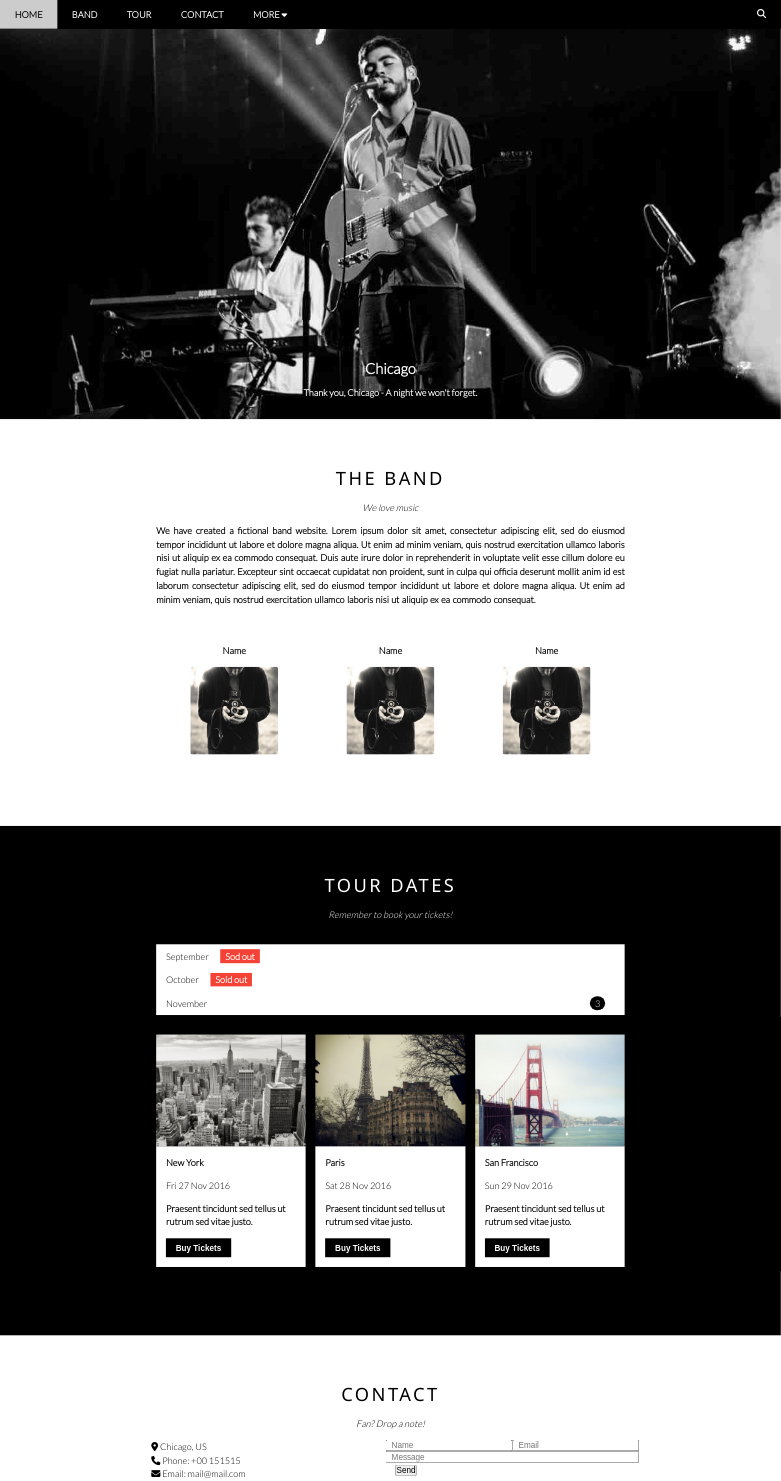
Repository: vanmanhAI/project-03-w3
Page: index.html
These files come from the project's save history. The page is drawn as it stood at one moment and after a run of saves; the edit follows.
The browser window is 1280 px wide. The pictures show the whole page, at 61% of full size.
Some web libraries are served in a nearby version.

Above is the page before, as saved 2022-07-13 10:45:02.

### index.html
<!DOCTYPE html>
<html lang="en">
<head>
    <meta charset="UTF-8">
    <meta http-equiv="X-UA-Compatible" content="IE=edge">
    <meta name="viewport" content="width=device-width, initial-scale=1.0">
    <title>Document</title>
    <link rel="stylesheet" href="./assets/css/style.css">
    <!-- icons -->
    <link rel="stylesheet" href="https://cdnjs.cloudflare.com/ajax/libs/font-awesome/6.1.1/css/all.min.css" integrity="sha512-KfkfwYDsLkIlwQp6LFnl8zNdLGxu9YAA1QvwINks4PhcElQSvqcyVLLD9aMhXd13uQjoXtEKNosOWaZqXgel0g==" crossorigin="anonymous" referrerpolicy="no-referrer" />
    <!-- font -->
    <link rel="preconnect" href="https://fonts.googleapis.com">
<link rel="preconnect" href="https://fonts.gstatic.com" crossorigin>
<link href="https://fonts.googleapis.com/css2?family=Lato:wght@300&display=swap" rel="stylesheet">
</head>
<body>
    <div id="main">
        <div id="header">
            <ul id="nav">
                <li><a href="#">home</a></li>
                <li><a href="#content-band">band</a></li>
                <li><a href="#content-tour">tour</a></li>
                <li><a href="#">contact</a></li>
                <li>
                    <a href="#">
                        more
                        <i class="fa-solid fa-caret-down subnav-caret"></i>
                    </a>
                    <ul class="subnav">
                        <li><a href="#">merchandise</a></li>
                        <li><a href="#">extras</a></li>
                        <li><a href="#">media</a></li>
                    </ul>
                </li>
            </ul>
            <i class="fa-solid fa-magnifying-glass header-search"></i>
        </div>

        <div id="slider">
            <div class="slider-desc">
                <h3 class="slider-name">chicago</h3>
                <b class="slider-content">Thank you, Chicago - A night we won't forget.</b>
            </div>
        </div>

        <div id="content">
            <div class="content-section" id="content-band">
                <h3 class="section-heading" >the band</h3>
                <p class="section-sub-heading">We love music</p>
                <p class="about">We have created a fictional band website. Lorem ipsum dolor sit amet, consectetur adipiscing elit, sed do eiusmod tempor incididunt ut labore et dolore magna aliqua. Ut enim ad minim veniam, quis nostrud exercitation ullamco laboris nisi ut aliquip ex ea commodo consequat. Duis aute irure dolor in reprehenderit in voluptate velit esse cillum dolore eu fugiat nulla pariatur. Excepteur sint occaecat cupidatat non proident, sunt in culpa qui officia deserunt mollit anim id est laborum consectetur adipiscing elit, sed do eiusmod tempor incididunt ut labore et dolore magna aliqua. Ut enim ad minim veniam, quis nostrud exercitation ullamco laboris nisi ut aliquip ex ea commodo consequat.</p>
                <div class="members-list text-center">
                    <div class="col col-third">
                        <p class="member-name">name</p>
                        <img src="./assets/img/Band/member1.jpg" alt="name" class="member-img">
                    </div>
                    <div class="col col-third">
                        <p class="member-name">name</p>
                        <img src="./assets/img/Band/member1.jpg" alt="name" class="member-img">
                    </div>
                    <div class="col col-third">
                        <p class="member-name">name</p>
                        <img src="./assets/img/Band/member1.jpg" alt="name" class="member-img">
                    </div>
                </div>
            </div>
            <div class="tour-section">
                <div class="content-section" id="content-tour">
                    <h3 class="section-heading text-white">tour dates</h3>
                    <p class="section-sub-heading text-white">Remember to book your tickets!</p>
                    <br>
                    <ul class="tickets-list">
                        <li>September <span class="sold-out">Sod out</span></li>
                        <li>October <span class="sold-out">Sold out</span></li>
                        <li>November <span class="quantity">3</span></li>
                    </ul>
                    <div class="places-list row">
                        <div class="col-third col">
                            <img src="./assets/img/Places/newyork.jpg" alt="New York" class="place-img">
                            <div class="place-body">
                                <h4 class="place-heading">new york</h4>
                                <p class="place-time">Fri 27 Nov 2016</p>
                                <p class="place-desc">Praesent tincidunt sed tellus ut rutrum sed vitae justo.</p>
                                <button class="place-buy-btn js-buy-ticket">Buy Tickets</button>
                            </div>
                        </div>
                        <div class="col-third col">
                            <img src="./assets/img/Places/paris.jpg" alt="Paris" class="place-img">
                            <div class="place-body">
                                <h4 class="place-heading">paris</h4>
                                <p class="place-time">Sat 28 Nov 2016</p>
                                <p class="place-desc">Praesent tincidunt sed tellus ut rutrum sed vitae justo.</p>
                                <button class="place-buy-btn js-buy-ticket">Buy Tickets</button>
                            </div>
                        </div>
                        <div class="col-third col">
                            <img src="./assets/img/Places/sanfran.jpg" alt="San Francisco" class="place-img">
                            <div class="place-body">
                                <h4 class="place-heading">san francisco</h4>
                                <p class="place-time">Sun 29 Nov 2016</p>
                                <p class="place-desc">Praesent tincidunt sed tellus ut rutrum sed vitae justo.</p>
                                <button class="place-buy-btn js-buy-ticket">Buy Tickets</button>
                            </div>
                        </div>
                    </div>
                </div>
            </div>
            <div class="content-section">
                <h3 class="section-heading">contact</h3>
                <p class="section-sub-heading">Fan? Drop a note!</p>
                <div class="row contact-content">
                    <div class="col col-half">
                        <p>
                            <i class="fa-solid fa-location-dot"></i>
                            Chicago, US
                        </p>
                        <p>
                            <i class="fa-solid fa-phone"></i>
                            Phone: +00 151515
                        </p>
                        <p>
                            <i class="fa-solid fa-envelope"></i>
                            Email: mail@mail.com
                        </p>
                    </div>
                    <div class="col col-half">
                        <form action="">
                            <div class="row">
                                <input type="text" name="" id="" class="form-control col col-half" placeholder="Name">
                                <input type="email" name="" id="" class="form-control col col-half" placeholder="Email">
                            </div>
                            <div class="row">
                                <input type="email" name="" id="" class="form-control col col-full" placeholder="Message">
                            </div>
                            <input type="submit" value="Send">
                        </form>
                    </div>
                </div>
            </div>
        </div>
        <div id="footer"></div>
    </div>
    <div class="modal js-modal">
        <div class="modal-container js-modal-container">
            <div class="modal-header">
                <button class="modal-close js-modal-close">✕</button>
                <h3 class="modal-heading">
                    <i class="fa-solid fa-suitcase modal-bag"></i>
                    Tickets
                </h3>
            </div>
            <div class="modal-body">
                <label for="ticket-quantity" class="modal-label">
                    <i class="fa-solid fa-cart-shopping modal-shopping"></i>
                    Tickets, $15 per person
                </label>
                <input type="text" name="" id="ticket-quantity" placeholder="How many?" class="modal-input">
                <label for="ticket-email" class="modal-label">
                    <i class="fa-solid fa-user modal-user"></i>
                    Send To
                </label>
                <input type="text" name="" id="ticket-email" placeholder="Enter email" class="modal-input">
                <button class="modal-btn-pay">
                    PAY
                    <i class="fa-solid fa-check modal-check"></i>
                </button>
                <button class="modal-btn-close js-modal-close">
                    Close
                    <i class="fa-solid fa-xmark modal-xmark"></i>
                </button>
                <p class="modal-assit">
                    Need
                    <a href="#" class="modal-help">help?</a>
                </p>
            </div>
        </div>
    </div>
    <script>
        const buyBtns = document.querySelectorAll('.js-buy-ticket')
        const modal = document.querySelector('.js-modal')
        const modalCloses = document.querySelectorAll('.js-modal-close')
        const modalContainer = document.querySelector('.js-modal-container')
        modal.addEventListener('click', closeModal)
        modalContainer.addEventListener('click', function (event) {
            event.stopPropagation()
        })
        function closeModal() {
            modal.classList.remove('open')
        }
        function showBuyTicKets() {
            modal.classList.add('open')
        }
        for(const modalClose of modalCloses) {
            modalClose.addEventListener('click', closeModal)
        }
        for(const buyBtn of buyBtns) {
            buyBtn.addEventListener('click',  showBuyTicKets)
        }
    </script>
</body>
</html>

### assets/css/style.css
* {
    padding: 0;
    margin: 0;
    box-sizing: border-box;
}
html {
    font-size: 62.5%;
}
:root {
    --lineheight-nav: 2.25rem;
    --padding-nav: 1.2rem;
}
/* common */
.text-white {
    color: #fff ! important;
}
.text-center {
    text-align: center ! important;
}
.row {
    margin-left: -1.6rem;
    margin-right: -1.6rem;
}
.col {
    float: left;
    padding-left: 0.8rem;
    padding-right: 0.8rem;
}
.col-full {
    width: 100%;
}
.col-half {
    width: 50%;
}
.col-third {
    width: calc(100%/3);
}
/* main */
#main {

}
#header {
    position: fixed;
    z-index: 1;
    top: 0;
    left: 0;
    right: 0;
    background: #000;
    font-size: 1.5rem;
    font-family: 'Lato', sans-serif;
    font-weight: bold;
    line-height: var(--lineheight-nav);
}
#header:after {
    content: "";
    display: block;
    clear: both;
}
#header .header-search {
    color: #fff;
    display: block;
    float: right;
    padding: var(--padding-nav) 2.4rem;
    line-height: var(--lineheight-nav);
    cursor: pointer;
}
#header .header-search:hover {
    background: #f44336
}
#header #nav>li {
    position: relative;
    text-align: center;
    cursor: pointer;
    float: left;
}
#header #nav>li>a {
    display: block;
    padding: var(--padding-nav) 2.4rem;
}
#header #nav>li:last-child:hover .subnav {
    width: 16rem;
}
#header #nav li:hover {
    background: #ccc;
}
#header #nav>li:hover>a {
    color: #000;
}
#nav li {
    list-style-type: none;
    position: relative;
}
#nav li .subnav-caret {
    text-transform: none;
    text-align: center;
}
#nav li a {
    color: #fff;
    text-decoration: none;
    text-transform: uppercase;
}
#nav .subnav {
    position: absolute;
    width: 0;
    overflow: hidden;
    top: 100%;
    left: 0;
    background: #fff;
    color: #000;
    box-shadow: 0 0 4px 0 #ccc;
    transition: width 0.3s linear;
}
#nav .subnav li {
    padding: 0.8rem 1.6rem;
    text-align: left;
    min-width: 16rem;
}
#nav .subnav li a {
    color: #000;
    text-transform: capitalize;
}
#slider {
    position: relative;
    margin-top: calc(var(--lineheight-nav) + 2*var(--padding-nav));
    background: #ccc;
    padding-top: 50%;
    max-height: 100vh;
    background: url('/assets/img/sliders/chicago.jpg') top/cover no-repeat
}
.slider-desc{
    position: absolute;
    bottom: 0;
    left: 50%;
    transform: translatex(-50%);
    color: #fff;
    padding: 3.2rem 1.6rem;
    text-align: center;
    font-size: 1.5rem;
    font-family: 'Lato', sans-serif;

}
.slider-name{
    text-transform: capitalize;
    font-size: 2.4rem;
    line-height: 3.6rem;
    margin: 1rem 0;
}
.slider-content{
    line-height: 1.5;
    font-size: 1.5rem;
}
#content {
    line-height: 1.5;
}
#content .content-section {
    max-width: 80rem;
    margin: 0 auto;
    padding: 6.4rem 1.6rem;
    font-size: 1.5rem;
    font-family: 'Lato', sans-serif;
}
#content .section-heading {
    font-size: 3rem;
    text-transform: uppercase;
    line-height: 4.5rem;
    margin: 1rem 0;
    text-align: center;
    letter-spacing: 0.4rem;
    font-family: "Segoe UI",Arial,sans-serif;
    font-weight: 400;
}
#content .section-sub-heading {
    text-align: center;
    font-style: italic;
    font-weight: 100;
    margin: 1.5rem 0;
}
#content .content-section .about {
    text-align: justify;
    font-weight: bold;
    margin: 1.5rem 0;
    word-spacing: 0.1rem;
}
#content .members-list {
    padding: 3.2rem 0;
}
#content .members-list:after {
    content: "";
    display: block;
    clear: both;
}
#content .members-list .member-name {
    margin: 1.5rem 0;
    text-transform: capitalize;
    font-weight: bold;
}
#content .members-list .member-img{
    width: 60%;
    border-radius: 0.4rem;
    margin: 0 0 1.6rem;
}
#content .tour-section {
    background: #000;
}
#content .tour-section .tickets-list {
    background: #fff;
    list-style-type: none;
}
#content .tickets-list li {
    padding: 0.8rem 1.6rem;
}
#content .tickets-list .sold-out {
    display: inline-block;
    padding: 0 0.8rem;
    color: #fff;
    background: #f44336;
    margin-left: 1.6rem;
    text-align: center;
    font-weight: bold;
}
#content .tickets-list .quantity {
    display: block;
    padding: 0 0.8rem;
    background: #000;
    color: #fff;
    border-radius: 50%;
    float: right;
    margin-right: 1.6rem;
}
#content .places-list {
    padding: 3.2rem 0.8rem 4.8rem;
}
#content .places-list:after {
    content: "";
    display: block;
    clear: both;
}
#content .places-list .place-img {
    width: 100%;
    vertical-align: middle;
}
#content .places-list .place-img:hover {
    opacity: 0.6;
}
#content .places-list .place-body{
    background: #fff;
    padding: 0.015rem 1.6rem;
}
#content .places-list .place-heading{
    margin: 1.5rem 0;
    text-transform: capitalize;
    font-weight: 700;
}
#content .places-list .place-time{
    margin: 1.5rem 0;
}
#content .places-list .place-desc{
    margin: 1.5rem 0;
    font-weight: bold;
}
#content .places-list .place-buy-btn{
    display: inline-block;
    padding: 0.8rem 1.6rem;
    border: none;
    background: #000;
    color: #fff;
    margin-bottom: 1.6rem;
    font-weight: bold;
}
#content .places-list .place-buy-btn:hover {
    background: #ccc;
    color: #000;
}
.modal {
    display: none;
    position: fixed;
    z-index: 3;
    top: 0;
    left: 0;
    right: 0;
    bottom: 0;
    background: rgba(0, 0, 0, 0.4);
    font-size: 1.5rem;
    font-family: "Segoe UI",Arial,sans-serif;
    line-height: 2.25rem;
    padding: 100px 16px;
}
.modal.open {
    display: block;
}
.modal .modal-container {
    position: relative;
    z-index: 2;
    box-shadow: 0 4px 10px rgba(0, 0, 0, 0.4);
    max-width: 900px;
    margin: auto;
}
.modal.open .modal-container {
    animation:  modalFadeIn 0.5s ease;
}
.modal .modal-container .modal-header {
    position: relative;
    color: #fff;
    background: #009688;
    text-align: center;
    padding: 3.2rem 1.6rem;
}
.modal .modal-header .modal-close {
    position: absolute;
    top: 0;
    right: 0;
    line-height: 3.6rem;
    padding: 0.8rem 1.6rem;
    font-size: 1.5rem;
    border: none;
    background: transparent;
}
.modal .modal-header .modal-close:hover {
    background: #ccc;
    color: #000;
}
.modal .modal-header .modal-heading {
    font-weight: 400;
    font-size: 3rem;
    line-height: 4.5rem;
    margin: 1rem 0;
    letter-spacing: 0.4rem;
}
.modal .modal-header .modal-bag{
    font-size: 2.7rem;
}
.modal .modal-container .modal-body {
    padding: 0.015rem 1.6rem;
    background: #fff;
}
.modal-container .modal-body:after {
    content: "";
    display: block;
    clear: both;
}
.modal .modal-body .modal-label {
    display: block;
    margin: 1.5rem 0;
}
.modal .modal-body .modal-input {
    display: block;
    width: 100%;
    border: 1px solid #ccc;
    padding: 8px;
    font-family: "Segoe UI",Arial,sans-serif;
    font-size: 1.5rem;
    line-height: 2.25rem;
}
.modal .modal-container .modal-btn-pay {
    display: block;
    width: 100%;
    border: none;
    margin: 1.6rem 0;
    padding: 1.6rem;
    background: #009688;
    color: #fff;
    text-align: center;
}
.modal .modal-container .modal-btn-pay:hover {
    background: #ccc;
    color: #000;
}
.modal .modal-container .modal-btn-close {
    border: none;
    margin: 1.6rem 0;
    padding: 0.8rem 1.6rem;
    float: left;
    background: #f44336;
    color: #fff;
    font-weight: bold;
    font-family: "Segoe UI",Arial,sans-serif;
    font-size: 1.5rem;
    line-height: 2.25rem;
}
.modal-container .modal-btn-close:hover {
    background: #ccc;
    color: #000;
}
.modal .modal-container .modal-assit {
    float: right;
    margin: 1.5rem 0;
}
.modal-container .modal-assit .modal-help {
    color: #2196f3;
    font-family: "Segoe UI",Arial,sans-serif;
}
@keyframes modalFadeIn {
    from {
        transform: translateY(-125%);
        opacity: 0;
    }
    to {
        transform: translateY(0);
        opacity: 1;
    }
}
/* Contact form */
.contact-content {
    padding: 3.2
}
.footer {

}

After the next 5 saves:
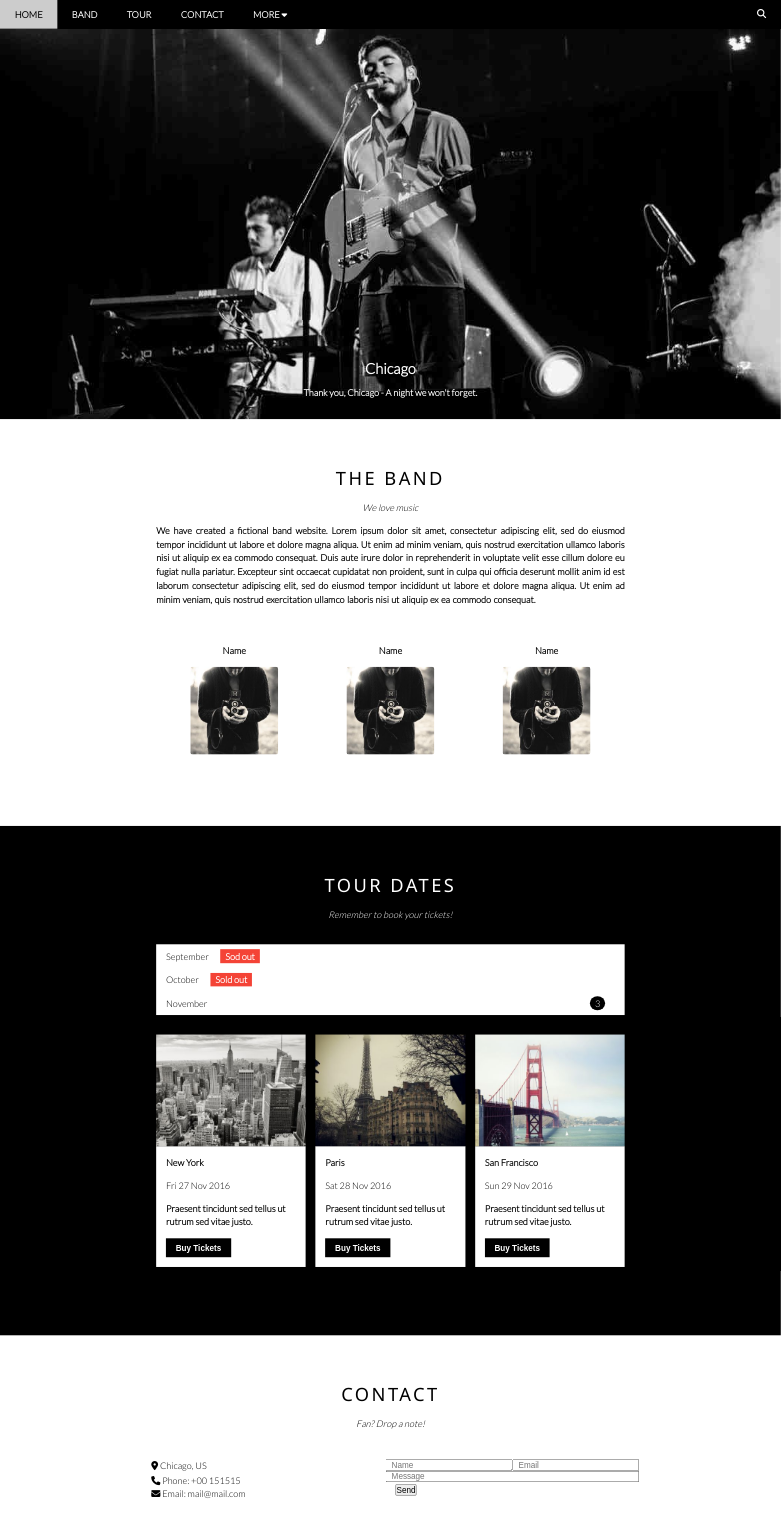
The 5 saves are shown as one change because they came seconds apart.
The last was saved 12 s later.
--- a/assets/css/style.css
+++ b/assets/css/style.css
@@ -401,7 +401,7 @@ html {
 }
 /* Contact form */
 .contact-content {
-    padding: 3.2
+    padding: 3.2rem 0;
 }
 .footer {
 
